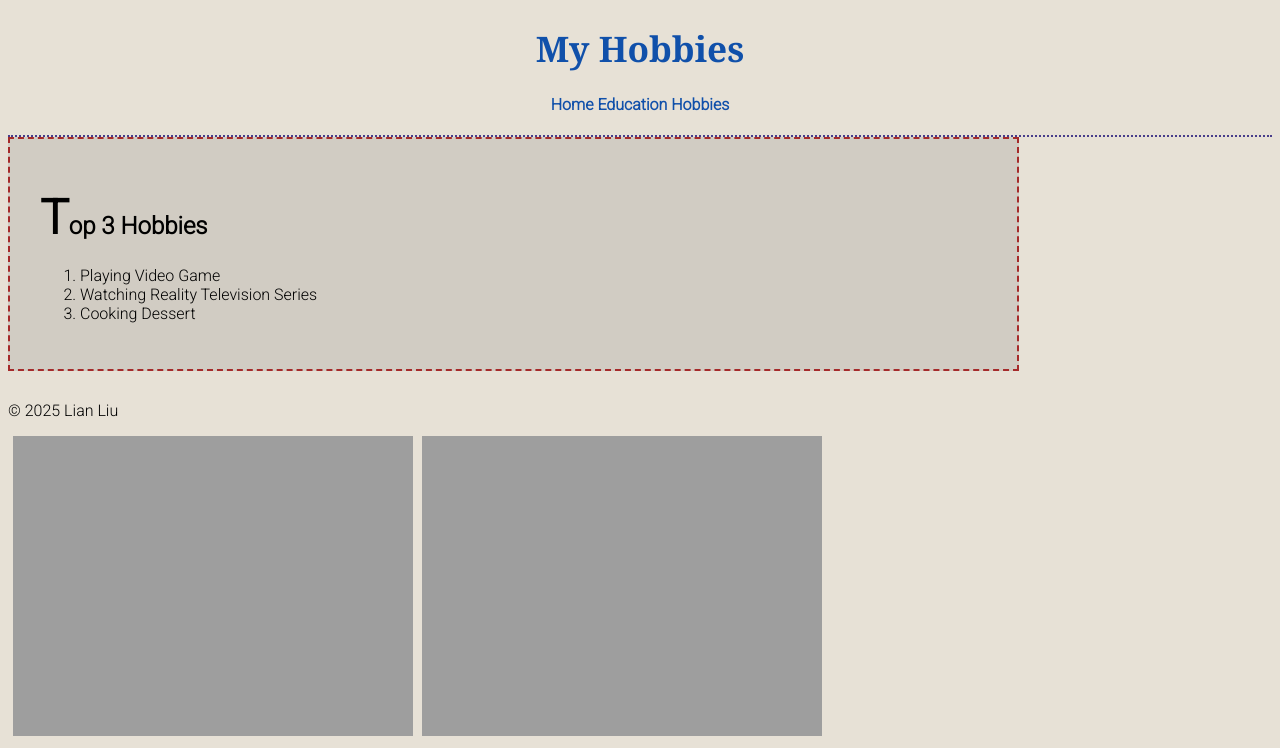
Repository: liulian26/CS5610
Page: assignment-1-liulian26/pages/hobbies.html
An editor plug-in stored every save of this project. The page is shown before and after the next save, followed by the edit.
The browser window is 1280 px wide. The pictures show the whole page.
Pictures or frames that could not be fetched are drawn as grey boxes.

Above is the page before, as saved 2025-02-01 00:29:17.

After the next save:
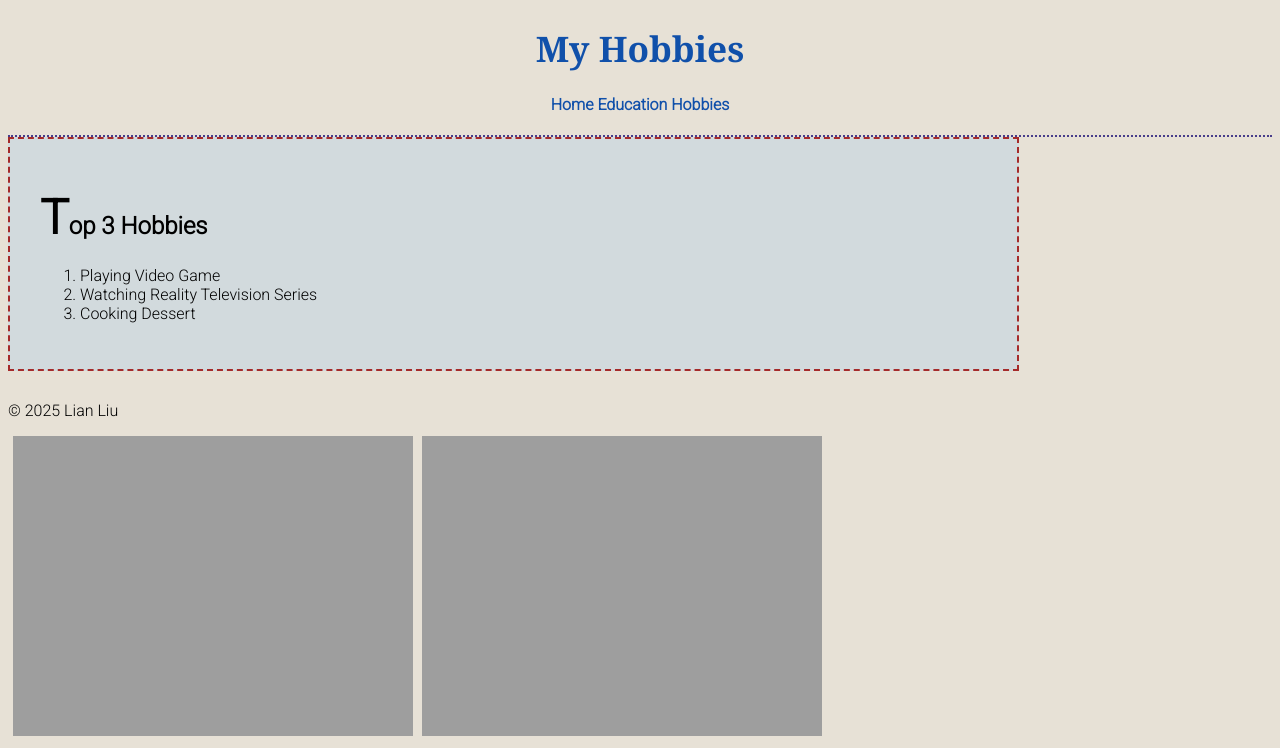
Saved 29 s later.
--- a/assignment-1-liulian26/css/styles.css
+++ b/assignment-1-liulian26/css/styles.css
@@ -47,7 +47,7 @@ section {
     border: 2px dashed brown;
     padding: 30px;
     margin-bottom: 30px;
-    background-color: rgba(120, 120, 120, 0.2);
+    background-color: rgba(126, 191, 251, 0.2);
 }
 
 body {
